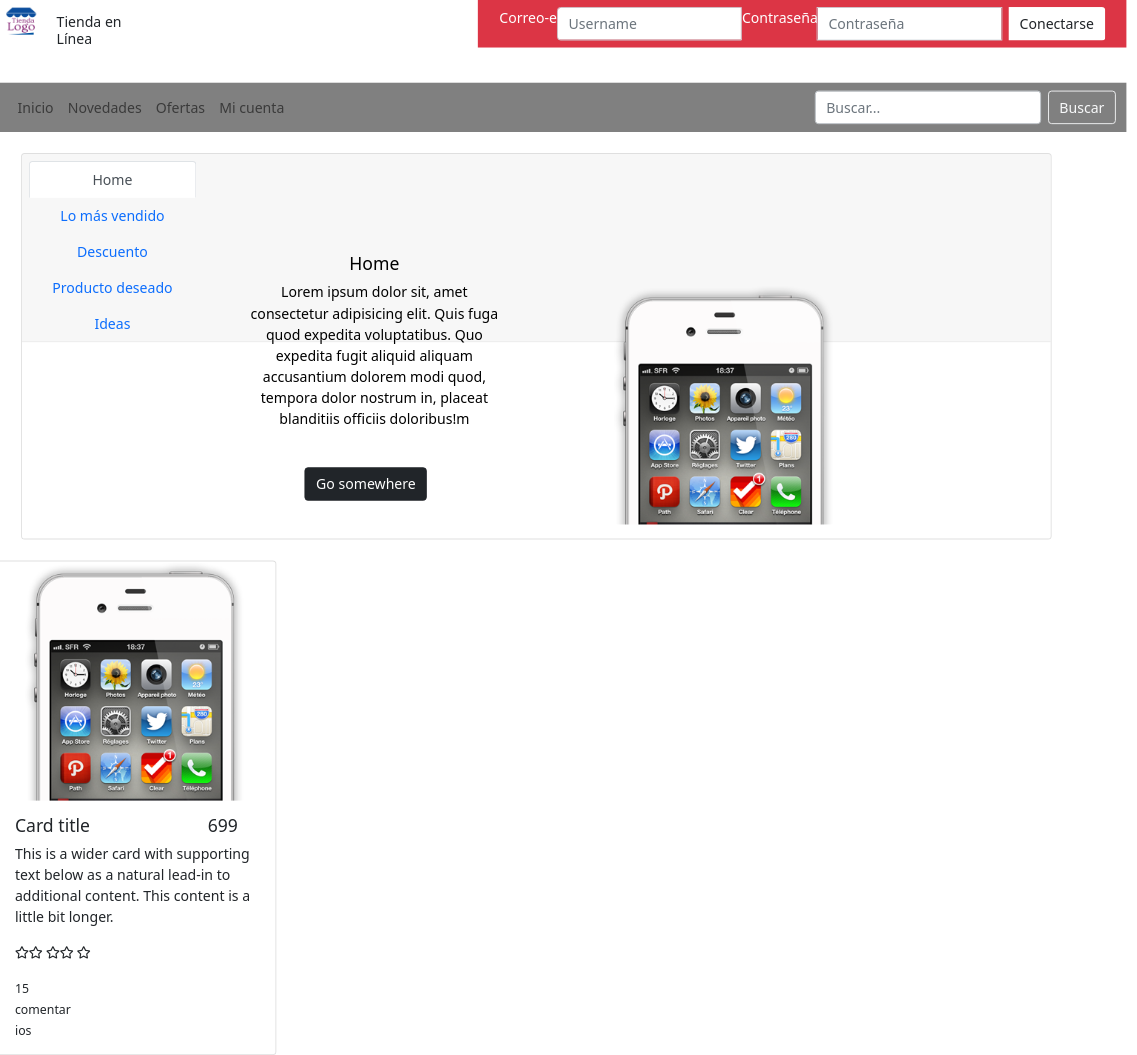
Repository: nicorp00/bootstrapSass
Page: Main/index.html
An editor plug-in stored every save of this project. The page is shown before and after a run of saves, followed by the edit.
The browser window is 1280 px wide. The page is 1292 px wide, so the pictures cover 1292 px, including what lies to the right of the window. The pictures show the whole page, at 88% of full size.
Some web libraries are served in a nearby version. The style sheet was rebuilt from its Sass, Less or Tailwind sources for each picture, by a compiler version that may differ from the author's.

Above is the page before, as saved 2022-03-25 12:04:59.

### Main/index.html
<!DOCTYPE html>
<html lang="en">
<head>
    <meta charset="UTF-8">
    <meta http-equiv="X-UA-Compatible" content="IE=edge">
    <meta name="viewport" content="width=device-width, initial-scale=1.0">
    <title>Document</title>
    <link rel="stylesheet" href="css/style.css">
    <link rel="stylesheet" href="css/bootstrap.min.css">
    <link rel="stylesheet" href="https://use.fontawesome.com/releases/v5.8.1/css/all.css"
        integrity="sha384-50oBUHEmvpQ+1lW4y57PTFmhCaXp0ML5d60M1M7uH2+nqUivzIebhndOJK28anvf" crossorigin="anonymous">
</head>
<body>
    <section class="section__top row">
        <div class="col-2">
            <div class="card mb-3 border-0" style="max-width: 540px;">
                <div class="row g-0">
                  <div class="col-md-3">
                    <img src="img/logo.png" class="img-fluid rounded-start" alt="...">
                  </div>
                  <div class="col-md-9">
                    <div class="card-body">
                      <h6 class="card-title">Tienda en Línea</h6>
                    </div>
                  </div>
                </div>
              </div>
        </div>
        <div class="col-3"></div>
        <div class="top-nav col-7">
            <nav class="navbar navbar-danger bg-danger">
                <form class="container-fluid">
                  <div class="input-group">
                    <!--<span class="input-group-text" id="basic-addon1">@</span>-->
                    Correo-e<input type="text" class="form-control" placeholder="Username" aria-label="Correo@" aria-describedby="basic-addon1">
                    Contraseña<input class="form-control me-2" type="search" placeholder="Contraseña" aria-label="Search">
                    <button class="btn btn-outline" type="submit">Conectarse</button>
                  </div>
                </form>
              </nav>
        </div>
    </section>

    <section class="section__nav">
        <nav class="navbar navbar-expand-lg navbar-light">
            <div class="container-fluid">
              <button class="navbar-toggler" type="button" data-bs-toggle="collapse" data-bs-target="#navbarSupportedContent" aria-controls="navbarSupportedContent" aria-expanded="false" aria-label="Toggle navigation">
                <span class="navbar-toggler-icon"></span>
              </button>
              <div class="collapse navbar-collapse" id="navbarSupportedContent">
                <ul class="navbar-nav me-auto mb-2 mb-lg-0">
                  <li class="nav-item">
                    <a class="nav-link" aria-current="page" href="#">Inicio</a>
                  </li>
                  <li class="nav-item">
                    <a class="nav-link" href="#">Novedades</a>
                  </li>
                  <li class="nav-item">
                    <a class="nav-link" href="#">Ofertas</a>
                  </li>
                  <li class="nav-item">
                    <a class="nav-link" href="#">Mi cuenta</a>
                  </li>
                </ul>
                <form class="d-flex">
                  <input class="form-control me-2" type="search" placeholder="Buscar..." aria-label="Search">
                  <button class="btn btn-outline-light" type="submit">Buscar</button>
                </form>
              </div>
            </div>
          </nav>
    </section>

    <section class="section__1">
        <div class="row">
            <div class="m-4 col-11 text-black">
                <div class="card text-center">
                    <div class="card-header">
                        <ul class="nav nav-tabs card-header-tabs flex-column col-2" id="myTab">
                            <li class="nav-item">
                                <a href="#home" class="nav-link active" data-bs-toggle="tab">Home</a>
                            </li>
                            <li class="nav-item">
                                <a href="#vendido" class="nav-link" data-bs-toggle="tab">Lo más vendido</a>
                            </li>
                            <li class="nav-item">
                                <a href="#descuento" class="nav-link" data-bs-toggle="tab">Descuento</a>
                            </li>
                            <li class="nav-item">
                              <a href="#deseado" class="nav-link" data-bs-toggle="tab">Producto deseado</a>
                          </li>
                          <li class="nav-item">
                                <a href="#ideas" class="nav-link" data-bs-toggle="tab">Ideas</a>
                            </li>
                        </ul>
                    </div>
                    <div class="card-body">
                        <div class="tab-content">
                            <div class="tab-pane fade show active" id="home">
                                <h5 class="card-title col-4">Home</h5>
                                <p class="card-text col-4">Lorem ipsum dolor sit, amet consectetur adipisicing elit. Quis fuga quod expedita voluptatibus. Quo expedita fugit aliquid aliquam accusantium dolorem modi quod, tempora dolor nostrum in, placeat blanditiis officiis doloribus!m</p>
                                <a href="#" class="btn btn-dark">Go somewhere</a>
                                <img class="img-fluid col-4" src="img/iphone.png">
                            </div>

                            <div class="tab-pane fade show" id="vendido">
                              <h5 class="card-title col-4">Home</h5>
                              <p class="card-text col-4">Lorem ipsum dolor sit, amet consectetur adipisicing elit. Quis fuga quod expedita voluptatibus. Quo expedita fugit aliquid aliquam accusantium dolorem modi quod, tempora dolor nostrum in, placeat blanditiis officiis doloribus!m</p>
                              <a href="#" class="btn btn-dark">Go somewhere</a>
                              <img class="img-fluid col-4" src="img/ipad.png">
                          </div>

                          <div class="tab-pane fade show" id="descuento">
                            <h5 class="card-title col-4">Home</h5>
                            <p class="card-text col-4">Lorem ipsum dolor sit, amet consectetur adipisicing elit. Quis fuga quod expedita voluptatibus. Quo expedita fugit aliquid aliquam accusantium dolorem modi quod, tempora dolor nostrum in, placeat blanditiis officiis doloribus!m</p>
                            <a href="#" class="btn btn-dark">Go somewhere</a>
                            <img class="img-fluid col-4" src="img/ps4.png">
                        </div>

                        <div class="tab-pane fade show" id="deseado">
                          <h5 class="card-title col-4">Home</h5>
                          <p class="card-text col-4">Lorem ipsum dolor sit, amet consectetur adipisicing elit. Quis fuga quod expedita voluptatibus. Quo expedita fugit aliquid aliquam accusantium dolorem modi quod, tempora dolor nostrum in, placeat blanditiis officiis doloribus!m</p>
                          <a href="#" class="btn btn-dark">Go somewhere</a>
                          <img class="img-fluid col-4" src="img/s5.png">
                      </div>

                      <div class="tab-pane fade show" id="ideas">
                        <h5 class="card-title col-4">Home</h5>
                        <p class="card-text col-4">Lorem ipsum dolor sit, amet consectetur adipisicing elit. Quis fuga quod expedita voluptatibus. Quo expedita fugit aliquid aliquam accusantium dolorem modi quod, tempora dolor nostrum in, placeat blanditiis officiis doloribus!m</p>
                        <a href="#" class="btn btn-dark">Go somewhere</a>
                        <img class="img-fluid col-4" src="img/tv.png">
                    </div>
                        </div>
                    </div>
                </div>
            </div>
        </div>
    </section>

    <section class="">
      <div class="row">
        <div class="card col-3">
          <img src="img/iphone.png" class="card-img-top img-fluid" alt="...">
          <div class="card-body row">
            <h5 class="card-title col-9">Card title</h5>
            <h5 class="card-title col-3">699</h5>
            <p class="card-text">This is a wider card with supporting text below as a natural lead-in to additional content. This content is a little bit longer.</p>
            <div class="row">
            <p class="card-text col-"><small class=""><i class="far fa-star"></i><i class="far fa-star"></i>
                                                  <i class="far fa-star"></i><i class="far fa-star"></i>
                                                  <i class="far fa-star"></i>
              </small>
              </p>
              <span class="card-text col-4"><small class="">15 comentarios</small></span>
            </div>
          </div>
        </div>
      </div>
    </section>
    <script src="js/bootstrap.min.js"></script>
</body>
</html>

### Main/scss/style.scss
@use 'section__top';
@use 'section__nav';
@use 'section__1';

### Main/scss/_section__top.scss
.section__top{
    span{
        margin-left: 20%;
    }
    form{
        color: white;
    }
    button{
        background-color: white;
    }
}

### Main/scss/_section__nav.scss
.section__nav{
    background-color: grey;

    .nav-item{
        color: white;
    }
}

### Main/scss/_section__1.scss
.section__1{
    .card-body{
        margin-left: 20%;
        margin-top: -10%;

        img{
            margin-top: -20%;
            margin-left: 20%;
        }

        .btn{
            margin-left: -15%;
        }

    }
}

Loaded but not shown: Main/css/bootstrap.min.css (library); Main/js/bootstrap.min.js (library)

After the next 2 saves:
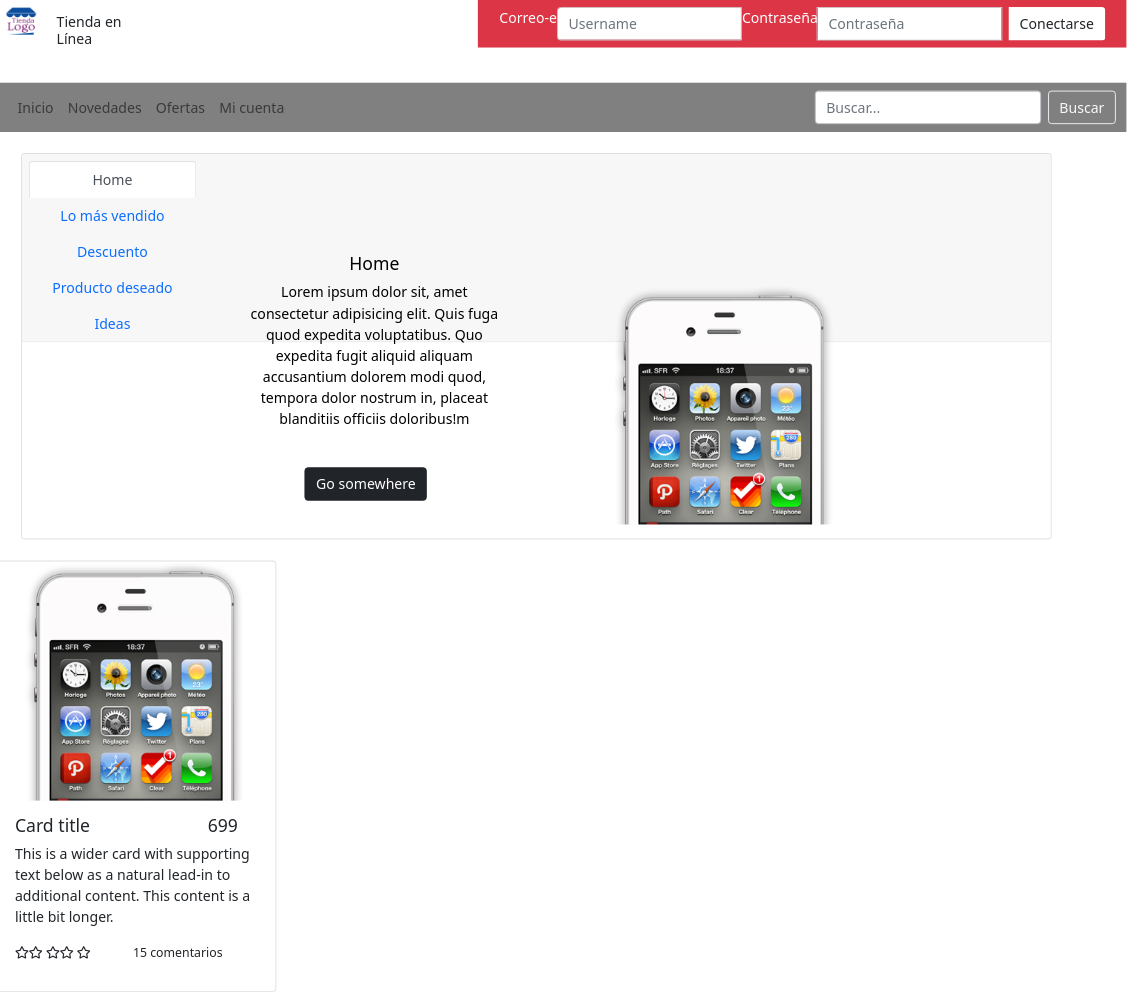
The 2 saves are shown as one change because they came seconds apart.
The last was saved 9 s later.
--- a/Main/index.html
+++ b/Main/index.html
@@ -146,12 +146,12 @@
             <h5 class="card-title col-3">699</h5>
             <p class="card-text">This is a wider card with supporting text below as a natural lead-in to additional content. This content is a little bit longer.</p>
             <div class="row">
-            <p class="card-text col-"><small class=""><i class="far fa-star"></i><i class="far fa-star"></i>
+            <p class="card-text col-6"><small class=""><i class="far fa-star"></i><i class="far fa-star"></i>
                                                   <i class="far fa-star"></i><i class="far fa-star"></i>
                                                   <i class="far fa-star"></i>
               </small>
               </p>
-              <span class="card-text col-4"><small class="">15 comentarios</small></span>
+              <span class="card-text col-6"><small class="">15 comentarios</small></span>
             </div>
           </div>
         </div>
